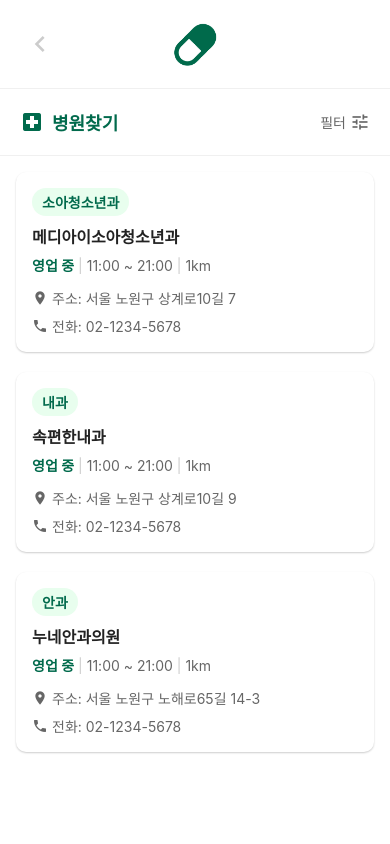
Repository: Sesac-icare/FrontEndiCare
Screen: /HospitalList (app in iCare/)
An editor plug-in stored every save of this project. The screen is shown before and after the next save, followed by the edit.
The app was drawn by React Native's web renderer in a window 390 px wide. The project was rebuilt for these pictures with package versions that can differ from the ones it lists, and the page was loaded fresh each time. Some packages were replaced by stand-ins written for this rebuild. Also part of the build but not shown: iCare/components/Header.js, iCare/components/Contents.js, iCare/components/PharmacyList.js, iCare/components/MyPage.js, iCare/components/auth/SignUp.js, iCare/components/DocumentStorage.js.

Above is the screen before, as saved 2025-02-06 12:39:56.

After the next save:
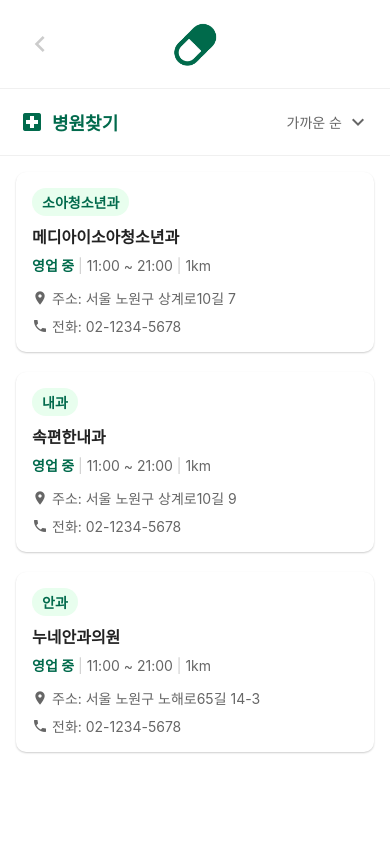
Saved 71 s later.
--- a/iCare/components/HospitalList.js
+++ b/iCare/components/HospitalList.js
@@ -66,8 +66,12 @@ export default function HospitalList() {
             <Text style={styles.pageTitle}>병원찾기</Text>
           </View>
           <TouchableOpacity style={styles.filterButton}>
-            <Text style={styles.filterText}>필터</Text>
-            <MaterialIcons name="tune" size={20} color="#666666" />
+            <Text style={styles.filterText}>가까운 순</Text>
+            <MaterialIcons
+              name="keyboard-arrow-down"
+              size={24}
+              color="#666666"
+            />
           </TouchableOpacity>
         </View>
 
